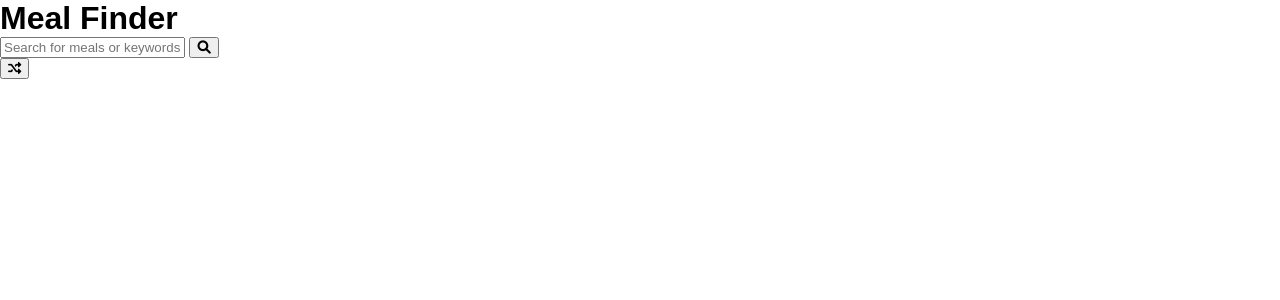
Repository: AbrorjonKuchkarov/search-meal
Page: index.html
An editor plug-in stored every save of this project. The page is shown before and after the next save, followed by the edit.
The browser window is 1280 px wide. The pictures show the whole page.

Above is the page before, as saved 2022-02-24 23:12:07.

After the next save:
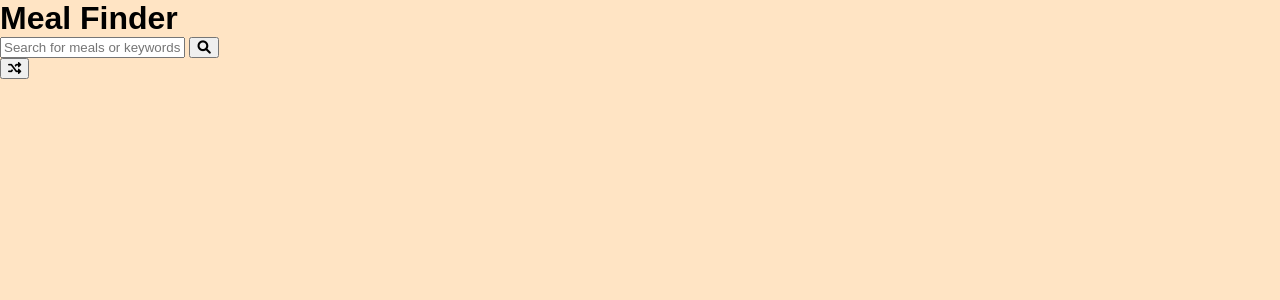
Saved 12 s later.
--- a/style.css
+++ b/style.css
@@ -5,5 +5,5 @@
 
 body{
    font-family: Arial, Helvetica, sans-serif;
-
+   background-color: bisque;
 }
